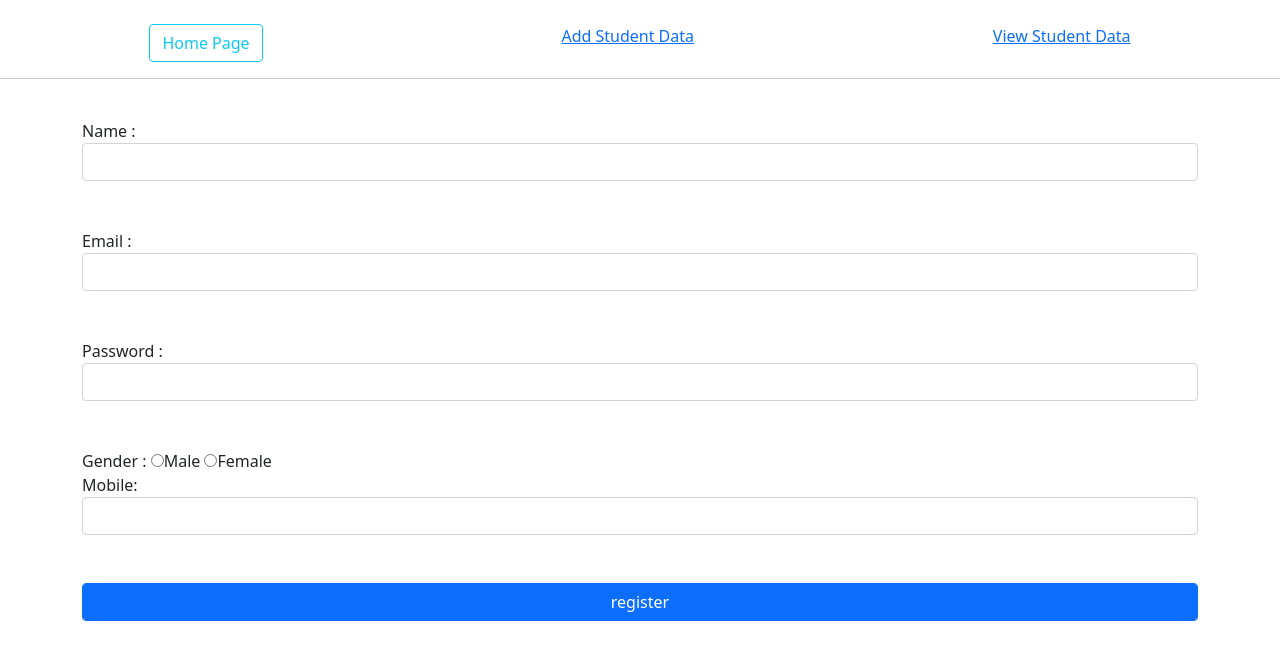
Repository: KrishMoradiya/Aixtor-Training-Projects-Backup
Page: http://localhost/CRUD_Student/Register.jsp
The author's editor kept a copy of each file at every save. The page is drawn from the files as they stood at one save, then again after the next save.
The browser window is 1280 px wide. The pictures show the whole page.
The page is served by Tomcat 10. Nobody is signed in. The application's start-up code is not run.

Above is the page before, as saved 2023-12-23 10:05:43.

After the next save:
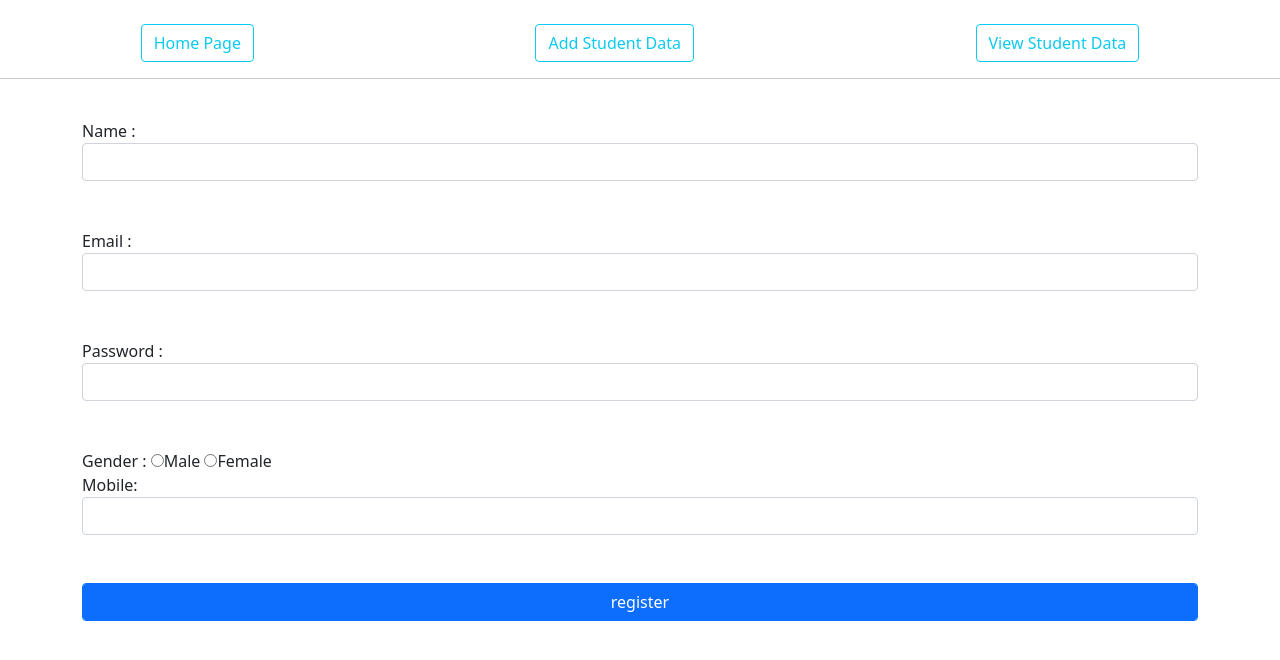
Saved 16 s later.
--- a/Workspace - Eclipse Enterprise Edition/CRUD_Student/src/main/webapp/header.jsp
+++ b/Workspace - Eclipse Enterprise Edition/CRUD_Student/src/main/webapp/header.jsp
@@ -13,8 +13,8 @@
 	<center>
 		<div type="circle" class="justify-content-around d-flex">
 			<div><a href="index.jsp" class="btn-outline-info btn" >Home Page</a></div>
-			<div><a href="Register.jsp">Add Student Data</a></div>
-			<div><a href="/CRUD_Student/GetStudentData" >View Student Data</a></div>
+			<div><a href="Register.jsp" class="btn-outline-info btn">Add Student Data</a></div>
+			<div><a href="/CRUD_Student/GetStudentData" class="btn-outline-info btn">View Student Data</a></div>
 		</div>
 		<hr><br>
 	</center>
